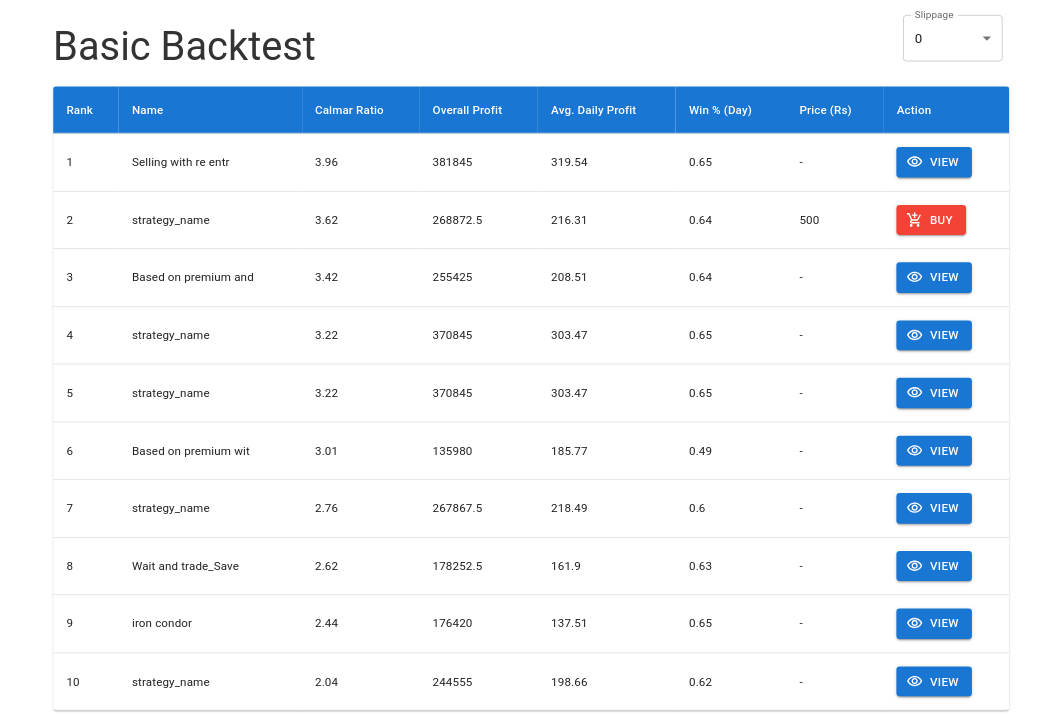
Repository: PraTEEkgUpTa2/Leaderboard
Page: /
An editor plug-in stored every save of this project. The page is shown before and after the next save, followed by the edit.
The browser window is 1280 px wide. The pictures show the whole page, at 83% of full size.
The project was rebuilt for these pictures with package versions that can differ from the ones it lists, and the page was loaded fresh each time. Also part of the build but not shown: src/App.css.

Above is the page before, as saved 2024-05-27 13:30:14.

After the next save:
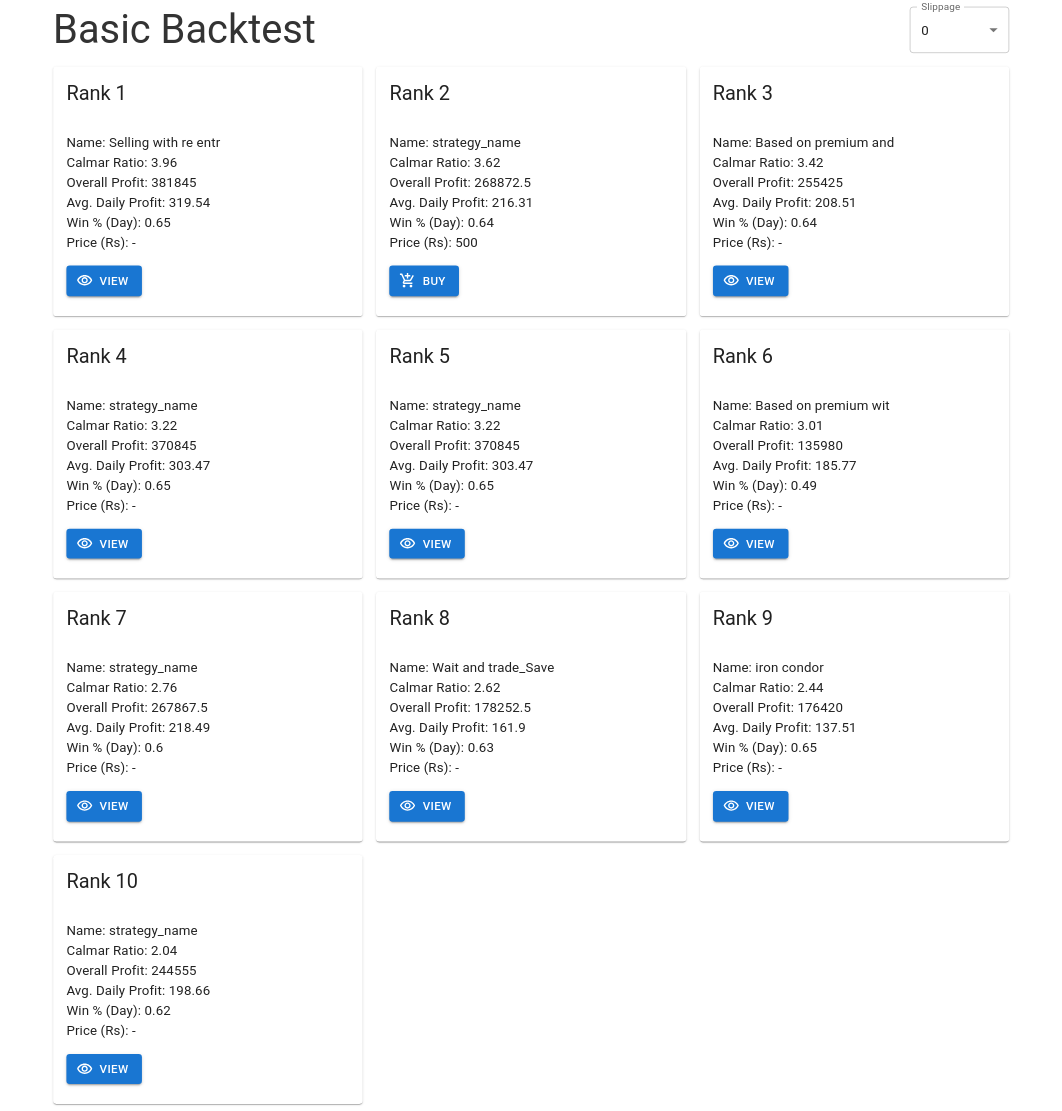
Saved 99 s later.
--- a/src/Leaderboard.js
+++ b/src/Leaderboard.js
@@ -1,15 +1,8 @@
 import React from 'react';
 import data from './data.json';
-import { Container, Table, TableBody, TableCell, TableContainer, TableHead, TableRow, Paper, Button, Typography, FormControl, InputLabel, Select, MenuItem, Box } from '@mui/material';
+import { Container, Typography, Box, Card, CardContent, CardHeader, Button, FormControl, InputLabel, Select, MenuItem } from '@mui/material';
 import { VisibilityOutlined, AddShoppingCartOutlined } from '@mui/icons-material';
 import { styled } from '@mui/system';
-
-const StyledTableHead = styled(TableHead)(({ theme }) => ({
-  backgroundColor: theme.palette.primary.main,
-  '& .MuiTableCell-root': {
-    color: theme.palette.common.white,
-  },
-}));
 
 const ViewButton = styled(Button)(({ theme }) => ({
   backgroundColor: theme.palette.primary.main,
@@ -36,11 +29,11 @@ const BuyButton = styled(Button)(({ theme }) => ({
 const Leaderboard = () => {
   return (
     <Container>
-      <Box display="flex" justifyContent="space-between" alignItems="center">
-        <Typography variant="h3" style={{ color: '#333', marginTop: '20px' }}>
+      <Box display="flex" justifyContent="space-between" alignItems="center" mb={2}>
+        <Typography variant="h3" style={{ color: '#333' }}>
           Basic Backtest
         </Typography>
-        <FormControl sx={{ m: 1, minWidth: 120 }}>
+        <FormControl sx={{ minWidth: 120 }}>
           <InputLabel id="slippage-label">Slippage</InputLabel>
           <Select
             labelId="slippage-label"
@@ -54,46 +47,30 @@ const Leaderboard = () => {
           </Select>
         </FormControl>
       </Box>
-      <TableContainer component={Paper} style={{ marginTop: '20px' }}>
-        <Table aria-label="leaderboard table">
-          <StyledTableHead>
-            <TableRow>
-              <TableCell>Rank</TableCell>
-              <TableCell>Name</TableCell>
-              <TableCell>Calmar Ratio</TableCell>
-              <TableCell>Overall Profit</TableCell>
-              <TableCell>Avg. Daily Profit</TableCell>
-              <TableCell>Win % (Day)</TableCell>
-              <TableCell>Price (Rs)</TableCell>
-              <TableCell>Action</TableCell>
-            </TableRow>
-          </StyledTableHead>
-          <TableBody>
-            {data.map((row) => (
-              <TableRow key={row.Rank} style={{ transition: 'background-color 0.3s' }}>
-                <TableCell>{row.Rank}</TableCell>
-                <TableCell>{row.Name}</TableCell>
-                <TableCell>{row["Calmar Ratio"]}</TableCell>
-                <TableCell>{row["Overall Profit"]}</TableCell>
-                <TableCell>{row["Avg. Daily Profit"]}</TableCell>
-                <TableCell>{row["Win %(Day)"]}</TableCell>
-                <TableCell>{row["Price (Rs)"] ? row["Price (Rs)"] : '-'}</TableCell>
-                <TableCell>
-                  {row.Action === 'View' ? (
-                    <ViewButton startIcon={<VisibilityOutlined />} variant="contained">
-                      View
-                    </ViewButton>
-                  ) : (
-                    <BuyButton startIcon={<AddShoppingCartOutlined />} variant="contained">
-                      Buy
-                    </BuyButton>
-                  )}
-                </TableCell>
-              </TableRow>
-            ))}
-          </TableBody>
-        </Table>
-      </TableContainer>
+      <Box display="grid" gridTemplateColumns="repeat(auto-fit, minmax(300px, 1fr))" gap={2}>
+        {data.map((item, index) => (
+          <Card key={index}>
+            <CardHeader title={`Rank ${item.Rank}`} />
+            <CardContent>
+              <Typography variant="body1">Name: {item.Name}</Typography>
+              <Typography variant="body1">Calmar Ratio: {item["Calmar Ratio"]}</Typography>
+              <Typography variant="body1">Overall Profit: {item["Overall Profit"]}</Typography>
+              <Typography variant="body1">Avg. Daily Profit: {item["Avg. Daily Profit"]}</Typography>
+              <Typography variant="body1">Win % (Day): {item["Win %(Day)"]}</Typography>
+              <Typography variant="body1">Price (Rs): {item["Price (Rs)"] ? item["Price (Rs)"] : '-'}</Typography>
+              <Box mt={2}>
+                <Button
+                  startIcon={item.Action === 'View' ? <VisibilityOutlined /> : <AddShoppingCartOutlined />}
+                  variant="contained"
+                  sx={{ mr: 1 }}
+                >
+                  {item.Action}
+                </Button>
+              </Box>
+            </CardContent>
+          </Card>
+        ))}
+      </Box>
     </Container>
   );
 };
